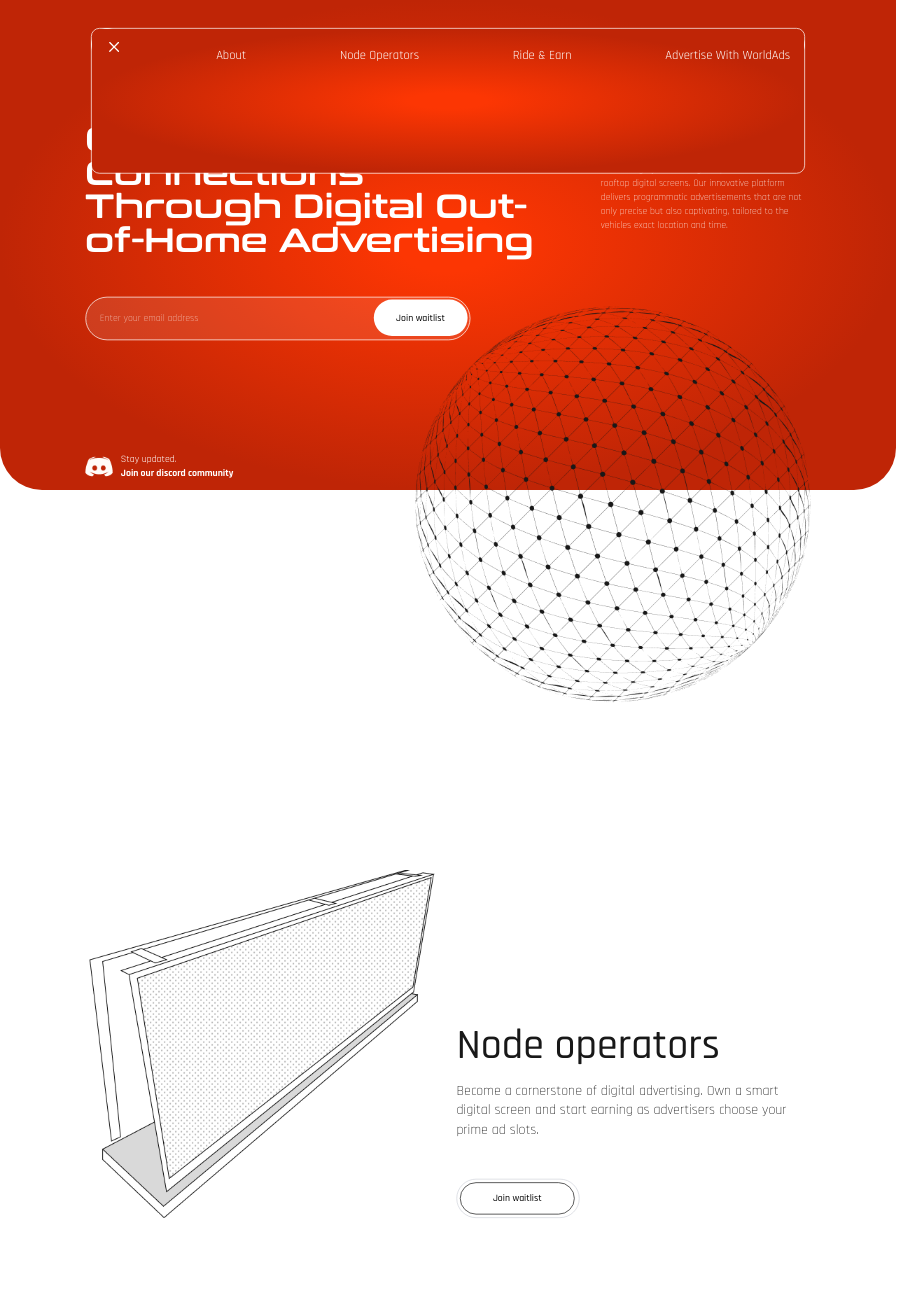
Repository: Abdul-Hannan232/worldAds
Page: /
These files come from the project's save history. The page is drawn as it stood at one moment and after the next save; the edit follows.
The browser window is 1280 px wide. The page is 1283 px wide, so the pictures cover 1283 px, including what lies to the right of the window. The pictures show the part of the page from y = 0 to 1880 px (the page is 3879 px tall), at 70% of full size.
The project was rebuilt for these pictures with package versions that can differ from the ones it lists, and the page was loaded fresh each time. The framework's server and built-in components were replaced by stand-ins that run in the browser. Also part of the build but not shown: next.config.mjs, app/component/NavContent.jsx.

Above is the page before, as saved 2024-05-10 22:28:11.

### app/page.tsx
import Image from "next/image";
import Header from "./component/Header"
import Main from "./component/Main";
import NavContent from "./component/NavContent";
import Advertise from "./component/advertise"
import Footer from "./component/footer"
import NodeOperator from "./component/nodeOperator"
import RideEarn from "./component/rideEarn"
export default function Home() {
  return (
    <>
      <div>
        <Header />
        <Main />
        <NodeOperator />
        <RideEarn />
        <Advertise />
        <Footer />
      </div>
    </>
  );
}

### app/globals.css
@import url('https://fonts.googleapis.com/css2?family=Exo+2:ital,wght@0,100..900;1,100..900&family=Rajdhani:wght@300;400;500;600;700&display=swap');

@tailwind base;
@tailwind components;
@tailwind utilities;
html{
  scroll-behavior: smooth;
}
.body {
  overflow-x: hidden; /* Hide scrollbars */
}
.dropdown-content {
  max-height: 0;
  overflow: hidden;
  transition: max-height 0.3s ease-in-out;
}

.dropdown-content.show {
  max-height: 100px; /* Set the max-height to whatever you prefer */
}

*{
  font-family: "Rajdhani", sans-serif;
  font-weight: 400;
  font-style: normal;
}
.background{
  background-image: url("/background.png");
  background-position: center;
  background-repeat: no-repeat;
  background-size: cover;

}
:root {
  --foreground-rgb: 0, 0, 0;
  --background-start-rgb: 214, 219, 220;
  --background-end-rgb: 255, 255, 255;
}

@media (prefers-color-scheme: dark) {
  :root {
    --foreground-rgb: 255, 255, 255;
    --background-start-rgb: 0, 0, 0;
    --background-end-rgb: 0, 0, 0;
  }
}

/* body {
  color: rgb(var(--foreground-rgb));
  background: linear-gradient(
      to bottom,
      transparent,
      rgb(var(--background-end-rgb))
    )
    rgb(var(--background-start-rgb));
} */

@layer utilities {
  .text-balance {
    text-wrap: balance;
  }
}

@font-face {
  font-family: 'font1';
  src: url('/assets/fonts/conthrax-sb.otf');
}

.font1{
  font-family: "font1" !important;
}

*{
  box-sizing: border-box !important
}

.gradient-color{
  background: radial-gradient(50% 50% at 50% 50%, #FC3603 11%, #BF2506 100%) !important;

}



/* pre loader */


/* styles.css or Preloader.module.css */
.preloader {
  display: flex;
  justify-content: center;
  align-items: center;
  height: 100vh;
}

.spinner {
  border: 4px solid red;
  border-top: 4px solid transparent;
  border-radius: 50%;
  width: 50px;
  height: 50px;
  animation: spin 1s linear infinite;
}
.preloader .spinner p{
  margin-left: 10px;
  color:red
}

@keyframes spin {
  0% { transform: rotate(0deg); }
  100% { transform: rotate(360deg); }
}

### app/component/Header.jsx
"use client"
import React, { useState, useEffect } from 'react';
import NavContent from './NavContent';
import { RxCross2 } from "react-icons/rx";

const Header = () => {
    const [isDrawerOpen, setIsDrawerOpen] = useState(false);
    const [isHeaderFixed, setIsHeaderFixed] = useState(false);
    const [open, setOpen] = useState(false);

    const handleDrawerToggle = () => {
        setIsDrawerOpen(!isDrawerOpen);
        console.log('Drawer open state:', isDrawerOpen);
    };

    const dropDownOpen = () => {
        setOpen(!open);
    }

    useEffect(() => {
        const handleScroll = () => {
            const scrollPosition = window.scrollY;

            if (scrollPosition > 10) {
                setIsHeaderFixed(true);
            } else {
                setIsHeaderFixed(false);
            }
        };

        window.addEventListener('scroll', handleScroll);

        return () => {
            window.removeEventListener('scroll', handleScroll);
        };
    }, []);

    const scrollToSection = (sectionId) => {
        const section = document.getElementById(sectionId);
        if (section) {
            const topOffset = section.offsetTop;
            const windowHeight = window.innerHeight;
            const scrollTo = topOffset - (windowHeight / 2 - section.offsetHeight / 2);
            window.scrollTo({ top: scrollTo, behavior: 'smooth' });
        }
    };

    return (
        <div className={`fixed w-full z-40 ${isHeaderFixed ? 'bg-red-600 py-5 lg:p-5' : 'bg-transparent py-10 lg:p-10'}`}>
            <div className="relative w-[85%] mx-auto flex justify-between items-center bg-transparent">
                <img src="./assets/images/logo.png" alt="Logo" className="lg:w-52 lg:h-12 w-36 h-8" />
                <button
                    className="bg-[#FFFFFF1A]   border-2 border-white lg:px-6 lg:py-3 px-3 py-1 hover:border rounded-[100px]"
                    type="button"
                    onClick={dropDownOpen}
                >
                    <div className='w-[100%] gradient-color absolute top-0 right-0 left-0 border border-white rounded-xl h-52'>
                        <ul className="px-5 flex items-center space-y-6 text-center text-lg text-white justify-between">
                            <li><RxCross2 className="text-2xl font-bold" /></li>
                            <li><a href="#">About</a></li>
                            <li><a href="#nodeOperator" onClick={() => scrollToSection('nodeOperator')}>Node Operators</a></li>
                            <li><a href="#ride">Ride & Earn</a></li>
                            <li><a href="#advertise">Advertise With WorldAds</a></li>
                        </ul>
                    </div>
                    {open && (
                        <div className="absolute lg:block hidden top-0 right-0 border-2 bg-red-600 border-white rounded-full p-2">
                            <ul className="px-5 flex items-center space-x-5 text-lg text-white justify-between">
                                <li><a href="#">About</a></li>
                                <li><a href="#nodeOperator" onClick={() => scrollToSection('nodeOperator')}>Node Operators</a></li>
                                <li><a href="#ride">Ride & Earn</a></li>
                                <li><a href="#advertise">Advertise With WorldAds</a></li>
                                <li><RxCross2 className="text-2xl font-bold" /></li>
                            </ul>
                        </div>
                    )}

                    <img src="./assets/images/bars.svg" alt="Menu" className="w-6" />
                </button>
            </div>
        </div>
    );
};

export default Header;

### app/component/Main.jsx
import React from 'react'

const Main = () => {
    return (
        <>
            <div className='gradient-color h-[700px] w-full rounded-b-[60px] lg:pt-40 pt-24 px-5  sm:px-16 pb-14 relative  '>
                <div className="lg:w-[90%] w-[95%] mx-auto">


                    <div className="lg:flex lg:items-center justify-between ">

                        <div className="my-4">
                            <h1 className="lg:text-5xl text-2xl  lg:w-[650px] lg:text-start text-center text-white font1 ">Empowering Connections Through Digital Out-of-Home Advertising</h1>



                        </div>

                        <div className='my-4'>

                            <p className='text-white text-left font-light lg:text-sm text-xs lg:text-start text-center lg:w-[300px]'>At Worldads, weare revolutionizing location-based advertising by harnessing the power of smart rooftop digital screens. Our innovative platform delivers programmatic advertisements that are not only precise but also captivating, tailored to the vehicles exact location and time.</p>
                        </div>
                    </div>

                    <div class="relative lg:w-[550px]  rounded-[100px] mt-10">

                        <input type="text" id="default-search" className="block w-full lg:p-5 p-3  -10 lg:text-sm text-xs text-gray-900 bg-[#FFFFFF1A] border border-white focus:ring-white focus:border-white rounded-[100px] placeholder:text-[#FFFFFF80] " placeholder="Enter your email address" required />
                        <button type="submit" className=" absolute end-1 top-1 font-bold bg-white hover:bg-white-800 focus:ring-4 font-bold focus:outline-none focus:ring-none font-medium rounded-[100px] lg:text-sm text-xs lg:px-8 px-5 lg:py-4 py-2">Join waitlist</button>
                    </div>

                 <div className='relative'>

                    <div className="flex items-center gap-3 lg:mt-40 mt-5 lg:justify-start justify-center ">
                            <img src="./assets/images/discord.png" />
                            <div>
                                <p className="text-white text-sm">Stay updated.</p>
                                <p className="text-white font-bold text-sm">Join our discord community</p>
                            </div>
                        </div>
                        <img src="./assets/images/Vector(Black).png" className="text-white absolute  lg:-top-52 right-0 top-14" />

                    </div>
                </div>
            </div>
        </>
    )
}

export default Main

### app/component/advertise.jsx
"use client"
import Image from "next/image";
import { useState } from "react";
export default function Advertise() {
  const [precision, setPrecision] = useState(false)
  const precisionOpen = () => {
    setPrecision(!precision)
    setDynamic(false)
    setScalable(false)
  }
  const [dynamic, setDynamic] = useState(false)
  const dynamicDrop = () => {
    setDynamic(!dynamic)
    setScalable(false)
    setPrecision(false)
  }
  const [scalable, setScalable] = useState(false)
  const ScalableDrop = () => {
    setScalable(!scalable)
    setDynamic(false)
    setPrecision(false)
  }
  return (
    <div className="">
      <div id="advertise" className="xl:pl-32 2xl:pl-40   lg:flex lg:mt-48 mt-32 w-full background gap-24">
        <div className="-mt-14">
          <Image src="" alt="image" width={226} height={426} className="lg:w-[526px] lg:h-[726px] 2xl:w-[650px] 2xl:h-[926px]  lg:mx-0 mx-auto" />
        </div>
        <div className="lg:w-[60%] w-[90%]  lg:mx-0 mx-auto lg:mt-40 mt-10">
          <h1 className="xl:text-6xl text-5xl 2xl:text-8xl lg:text-start text-center font-medium text-[#181818]">Advertise with</h1>
          <h1 className="xl:text-6xl text-5xl 2xl:text-8xl lg:text-start text-center font-medium text-[#FC3603]">WorldAds</h1>
          <p className="xl:text-xl lg:text-lg text-sm 2xl:text-2xl lg:w-[400px] 2xl:w-[600px] mt-4 lg:text-start text-center text-[#030303]">Seize the spotlight in bustling areas with high-traffic visibility. Make your brand the center of attention with</p>
          <div className="h-[300px] overflow-scroll body">
            <div className="flex items-center lg:justify-start justify-center w-full gap-5 mt-10">
              <h1
                onClick={precisionOpen}
                className={`${precision ? "xl:text-3xl text-[#030303]" : "xl:text-2xl text-gray-400"
                  } cursor-pointer lg:text-2xl lg:text-start text-center text-2xl 2xl:text-6xl xl:w-[80%] lg:w-[80%] 2xl:w-[90%] font-bold`}
              >
                Precision Targeting
              </h1>
              <hr className={`${precision ?"lg:block hidden":"hidden"}   border w-[80%] l  border-[#FC3603]`} />
            </div>
            <div className={`transition-all duration-500 ${precision ? 'max-h-96' : 'max-h-0 overflow-hidden'}`}>
              {precision && (
                <p
                  className="lg:text-xl text-sm 2xl:text-2xl lg:w-80 lg:text-start w-40 lg:mx-0 mx-auto text-center mt-5"
                >
                  Reach your ideal audience at the right time and place.
                </p>
              )}
            </div>
            <hr className="border lg:border-[#7E7E7E33]  border-[#FC3603] lg:w-80 w-60 lg:mx-0 mx-auto my-5" />
            <div className="flex items-center lg:justify-start justify-center gap-5 w-full mt-10">
              <h1
                onClick={dynamicDrop}
                className={`${dynamic ? "xl:text-2xl text-[#030303]" : "xl:text-xl text-gray-400"
                  } lg:text-2xl cursor-pointer text-2xl 2xl:text-6xl font-bold lg:text-start text-center xl:w-[50%] lg:w-[45%] 2xl:w-[60%]`}
              >
                Dynamic HD Quality Ads
              </h1>
              <hr className={`${dynamic  ?"lg:block hidden":"hidden"}   border w-[50%]  2xl:w-[400px] border-[#FC3603]`} />
            </div>
            <div className={`transition-all duration-500 ${dynamic ? 'max-h-96' : 'max-h-0 overflow-hidden'}`}>
              {dynamic && (
                <p
                  className="lg:text-xl text-sm 2xl:text-2xl lg:w-80 w-52 lg:mx-0 mx-auto lg:text-start text-center mt-5"
                >
                  Captivate viewers with stunning, crystal-clear advertisements.
                </p>
              )}
            </div>
            <hr className="border lg:border-[#7E7E7E33]  border-[#FC3603] lg:w-80 w-60 lg:mx-0 mx-auto my-5" />
            <div className="flex items-center lg:justify-start justify-center w-full mt-10">
              <h1
                onClick={ScalableDrop}
                className={`${scalable ? "xl:text-3xl text-[#030303]" : "xl:text-2xl text-gray-400"
                  } cursor-pointer xl:text-xl lg:text-3xl text-2xl 2xl:text-6xl font-bold lg:text-start text-center xl:w-[80%] lg:w-[60%] 2xl:w-full text-[#030303]`}
              >
                Scalable Geofenced Campaigns
              </h1>
              <hr  className={`${scalable ?"lg:block hidden":"hidden"}  border w-[73%] border-[#FC3603]`} />
            </div>
            <div className={`transition-all duration-500 ${scalable ? 'max-h-96' : 'max-h-0 overflow-hidden'}`}>
              {scalable && (
                <p
                  className="lg:text-xl text-sm 2xl:text-2xl lg:text-start text-center w-40 lg:mx-0 mx-auto lg:w-96 mt-5"
                >
                  Customize and scale your campaigns with precision.
                </p>
              )}
            </div>
            <hr className="border lg:border-[#7E7E7E33]  border-[#FC3603] lg:w-80 w-60 lg:mx-0 mx-auto my-5" />
            <div className="border border-gray-300 xl:mt-14 mt-10 rounded-full lg:mx-0 mx-auto  xl:w-44 w-36 ">
              <button className="text-center text-sm border xl:p-3 md:p-3 p-2 rounded-full  xl:w-[164px] w-[133px] font-medium m-1 border-[#181818]">Join waitlist</button>
            </div>
          </div>
        </div>

      </div>
    </div>
  )
}

### app/component/footer.jsx
import Image from "next/image"
export default function Footer() {
    return (
        <div className="bg-[#181818] ] w-full mt-20 lg:py-12 pt-12 lg:p-4">
            <div className="lg:w-[80%] w-[90%] lg:flex items-center justify-between mx-auto py-12" >
                <div>
                    <h1 className="lg:text-5xl text-3xl  lg:w-[500px] w-[250px] lg:mx-0 mx-auto font-medium lg:text-start text-center text-white">Innovating Digital Advertising</h1>
                </div>
                <div className="lg:flex text-white lg:mt-0 mt-10 items-center gap-10">
                    <div>
                        <ul className="text-lg lg:text-start text-center space-y-3">
                            <li>Blog</li>
                            <li>Contact Us</li>
                        </ul>
                    </div>
                    <div>
                        <ul className="text-lg lg:mt-0 mt-3 lg:text-start text-center space-y-3">
                            <li>Privacy Policy</li>
                            <li>Terms Of Service</li>
                        </ul>
                    </div>
                </div>
            </div>
            <div className="text-white relative mx-auto mt-5 lg:w-[80%]">
                <div className="flex items-center gap-1 w-40 lg:w-[80%] lg:mx-0 mx-auto">
                    <Image src="/Group.png" alt="logo" width={37.49} height={37.49}  className="lo "/>
                    <h1 className="text-2xl font-meidum">WorldsAds</h1>
                </div>
                <div className="flex items-center lg:justify-start w-[90%] lg:mx-0 mx-auto lg:w-[80%] justify-center mt-5 gap-10">
                    <p className="lg:text-sm text-[12px] lg:text-start text-center  font-light ">©2024 WorldAds Tech DAO LLC. All Right Reserved </p>
                    <hr className="border lg:block hidden border-[#707070] w-96" />
                </div>
                <Image src="/FooterImage.png" alt="vector" width={231.11} height={231.11} className="absolute lg:-top-16 lg:block hidden z-20 lg:-right-36 "/>
                <Image src="/FooterImage (1).png" alt="vector" width={551.11} height={451.11} className=" lg:hidden block mt-10 "/>

            </div>
        </div>
    )
}

### app/component/nodeOperator.jsx
import React from 'react'
import Image from 'next/image'
const NodeOperator = () => {
    return (
        <>
            <div id="nodeOperator" className="lg:flex w-[80%] mt-80 h-screen mx-auto items-end justify-between">
                <div >
                    <Image src="/Group 1.png" alt="Image" width={203} height={207} className="lg:w-[493px] lg:h-[497px] lg:mx-0 mx-auto " />
                </div>
                <div  className="xl:w-[500px]  md:w-[400px] lg:mt-0 mt-10 lg:mx-0 mx-auto">
                    <h1 className="xl:text-6xl md:text-5xl text-3xl font-medium lg:text-start text-center text-[#181818]">Node operators</h1>
                    <p className="xl:text-xl lg:text-sm text-md font-light lg:w-auto md:w-80  lg:text-sm md:text-md text-xs  lg:mx-0 mx-auto text-[#030303] lg:text-start text-center mt-5">Become a cornerstone of digital advertising. Own a smart digital screen and start earning as advertisers choose your prime ad slots.</p>
                    <div className="border border-gray-300 xl:mt-14 mt-10 rounded-full lg:mx-0 mx-auto  xl:w-44 w-36 ">
                        <button className="text-center text-sm border xl:p-3 md:p-3 p-2 rounded-full  xl:w-[164px] w-[133px] font-medium m-1 border-[#181818]">Join waitlist</button>
                    </div>
                </div>
            </div>


            </>
  )
}

export default NodeOperator

### app/component/rideEarn.jsx
import React from 'react'
import Image from "next/image";

const RideEarn = () => {
  return (
    <div>
         <div id="ride"className="flex lg:flex-row flex-col-reverse h-screen w-[80%] mt-20 mx-auto items-end justify-between">
          <div className="xl:w-[410px] md:w-[400px] lg:mt-0 mt-10 lg:mx-0 mx-auto">
            <h1 className="xl:text-6xl md:text-5xl text-3xl font-medium lg:text-start text-center text-[#181818]">Ride & Earn</h1>
            <p className="xl:text-lg lg:w-auto md:w-80  lg:text-sm md:text-md text-xs font-light lg:w-auto  lg:mx-0 mx-auto text-[#030303] lg:text-start text-center mt-5">Transform every journey into a profitable venture. Our Smart Rooftop Digital Screens turn miles into money, making every trip count.</p>
            <div className="border border-gray-300 xl:mt-14 mt-10 rounded-full lg:mx-0 mx-auto  xl:w-44 w-36 ">
              <button className="text-center text-sm border xl:p-3 md:p-3 p-2 rounded-full  xl:w-[164px] w-[133px] font-medium m-1 border-[#181818]">Join waitlist</button>
            </div>
          </div>
          <div >
            <Image src="/GroupCroped.png" alt="Image" width={453} height={357} className="lg:w-[563.48px] lg:h-[450.27px] lg:mx-0 mx-auto " />
          </div>
        </div>
    </div>
  )
}

export default RideEarn

Loaded but not shown: app/layout.tsx (common file); tailwind.config.ts (common file)

After the next save:
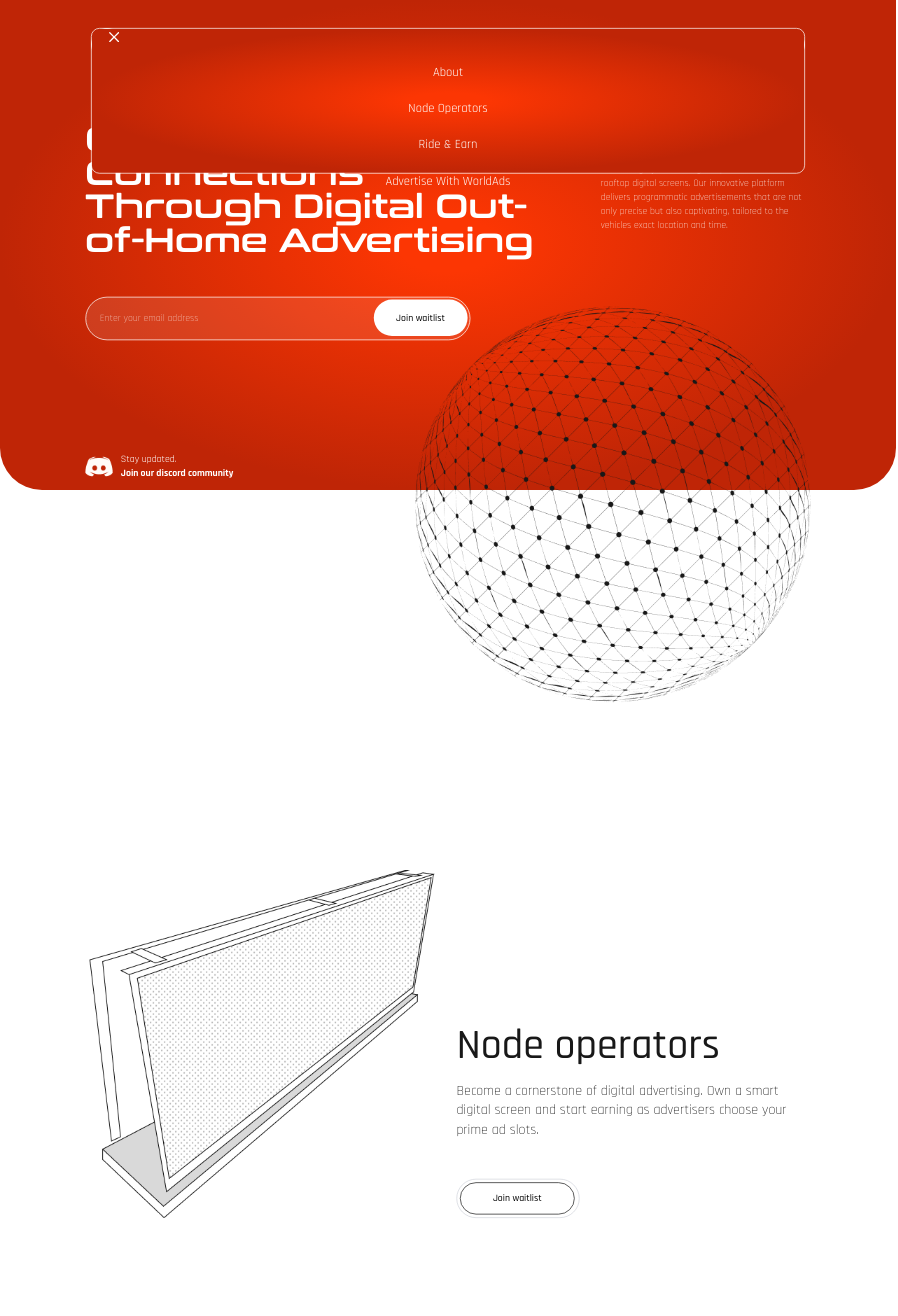
Saved 16 s later.
--- a/app/component/Header.jsx
+++ b/app/component/Header.jsx
@@ -55,7 +55,7 @@ const Header = () => {
                     onClick={dropDownOpen}
                 >
                     <div className='w-[100%] gradient-color absolute top-0 right-0 left-0 border border-white rounded-xl h-52'>
-                        <ul className="px-5 flex items-center space-y-6 text-center text-lg text-white justify-between">
+                        <ul className="px-5  items-center space-y-6 text-center text-lg text-white justify-between">
                             <li><RxCross2 className="text-2xl font-bold" /></li>
                             <li><a href="#">About</a></li>
                             <li><a href="#nodeOperator" onClick={() => scrollToSection('nodeOperator')}>Node Operators</a></li>
